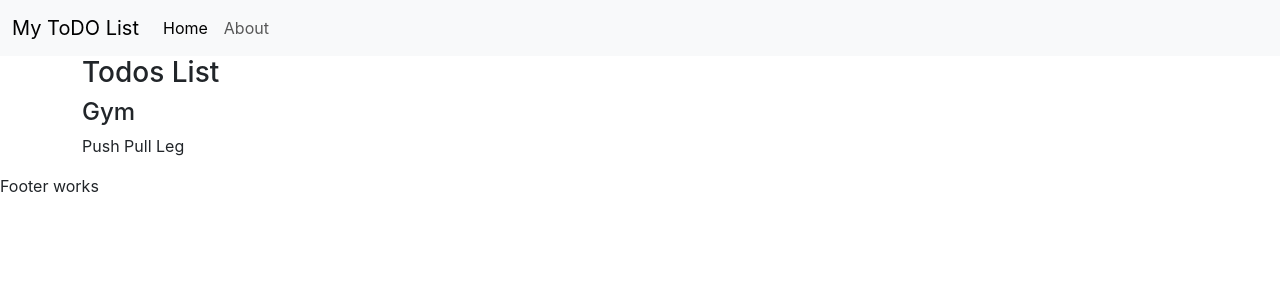
Repository: AshwinUgale/ToDoList
Page: /
The author's editor kept a copy of each file at every save. The page is drawn from the files as they stood at one save, then again after the next save.
The browser window is 1280 px wide. The pictures show the whole page.
The project was rebuilt for these pictures with package versions that can differ from the ones it lists, and the page was loaded fresh each time. Also part of the build but not shown: src/App.css.

Above is the page before, as saved 2024-12-21 11:00:14.

After the next save:
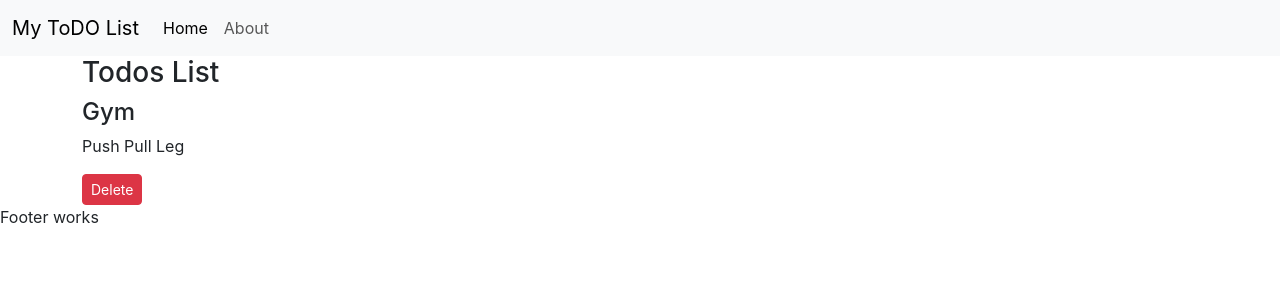
Saved 5 min 9 s later.
--- a/src/MyComponents/TodoItem.js
+++ b/src/MyComponents/TodoItem.js
@@ -5,6 +5,7 @@ export const TodoItem = ({todo}) => {
     <div>
         <h4>{todo.title}</h4>
         <p>{todo.desc}</p>
+        <button className="btn btn-sm btn-danger">Delete</button>
     </div>
   )
 }
